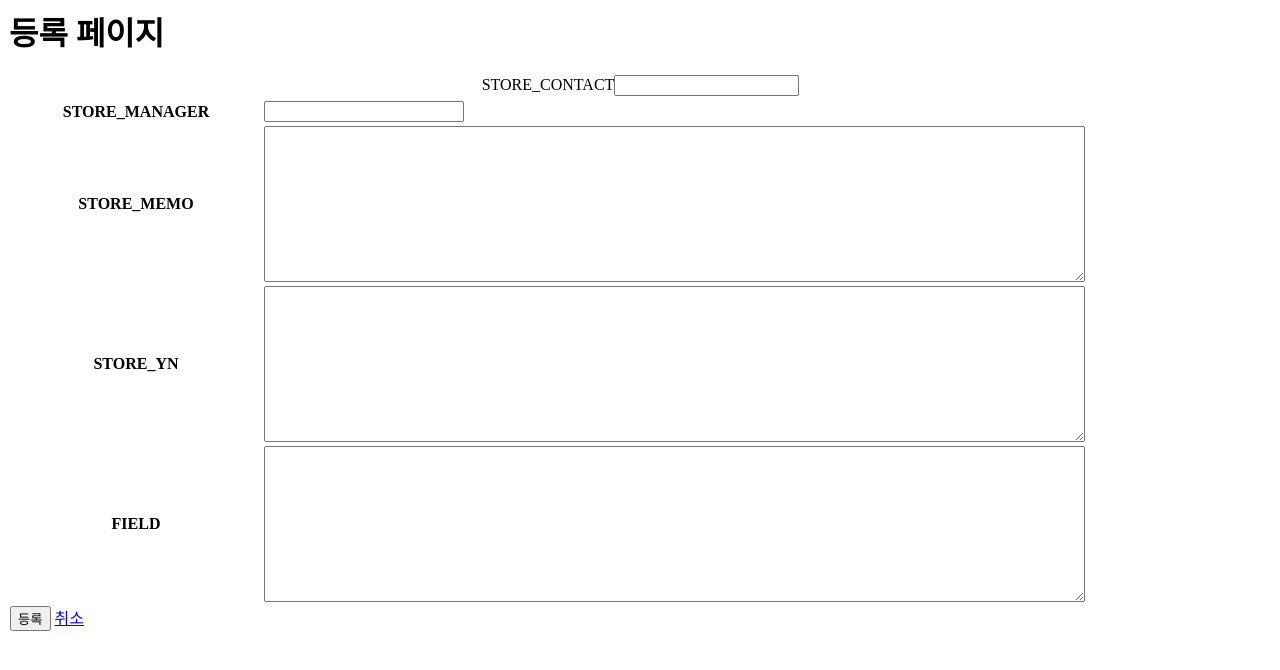
Repository: 2022-kh-final-mothlymoon/moon-back
Page: http://localhost/sellermoon/store/create.jsp
These files come from the project's save history. The page is drawn as it stood at one moment and after the next save; the edit follows.
The browser window is 1280 px wide. The pictures show the whole page.
The page is served by Tomcat 9.

Above is the page before, as saved 2022-10-20 17:45:38.

After the next save:
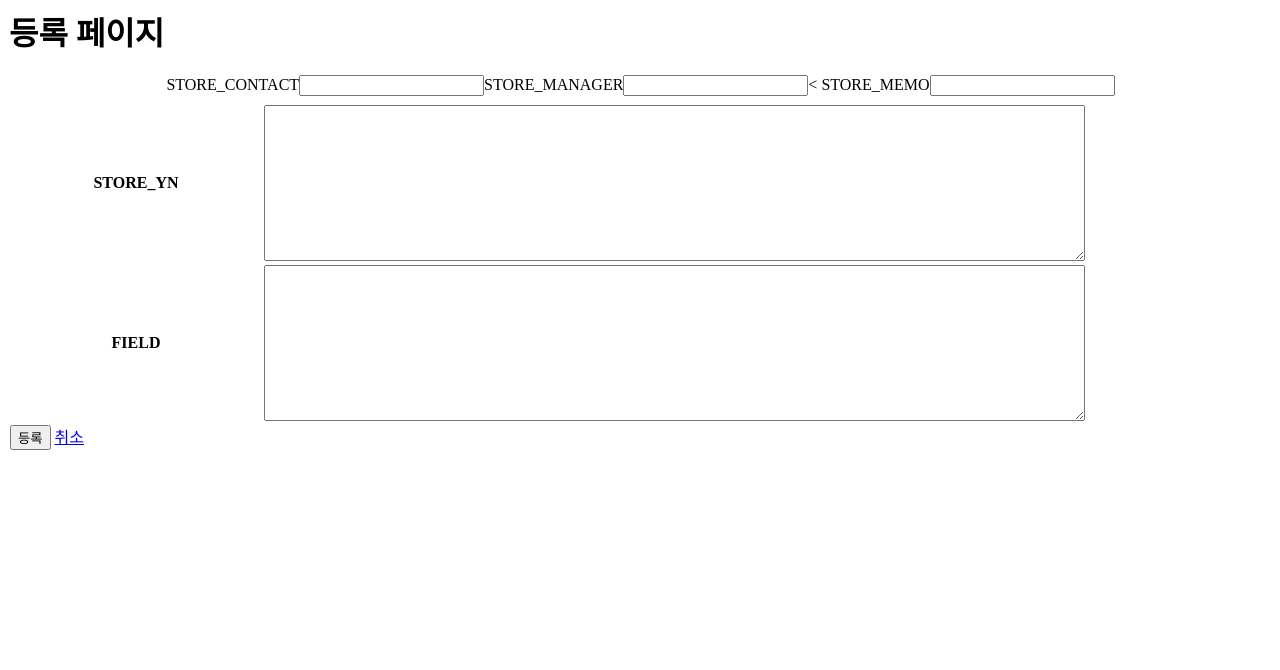
Saved 71 s later.
--- a/sellermoon/src/main/webapp/store/create.jsp
+++ b/sellermoon/src/main/webapp/store/create.jsp
@@ -27,21 +27,20 @@
 									<input type="hidden" id="STORE_NO" name="STORE_NO" value="0">
 									<input type="hidden" id="MD_NO" name="MD_NO" value="1">
 									<lable>STORE_CONTACT</lable>
-									<input type="text"
-										id="STORE_CONTACT" name="STORE_CONTACT" />
+									<input type="text" id="STORE_CONTACT" name="STORE_CONTACT" />
 								</tr>
 								<tr>
-									<th class="active">STORE_MANAGER</th>
-									<td class="form-inline"><input type="text"
-										id="STORE_MANAGER" name="STORE_MANAGER" class="form-control"
-										style="width: 200px" /></td>
+									<lable>STORE_MANAGER</lable>
+									<input type="text"
+										id="STORE_MANAGER" name="STORE_MANAGER"
+										/><
 								</tr>
 
 
 								<tr>
-									<th class="active">STORE_MEMO</th>
-									<td class="form-inline"><textarea id="STORE_MEMO"
-											name="STORE_MEMO" cols="100" rows="10" class="form-control"></textarea></td>
+									<lable>STORE_MEMO</lable>
+									<input id="STORE_MEMO"
+											name="STORE_MEMO" />
 								</tr>
 								<tr>
 									<th class="active">STORE_YN</th>
